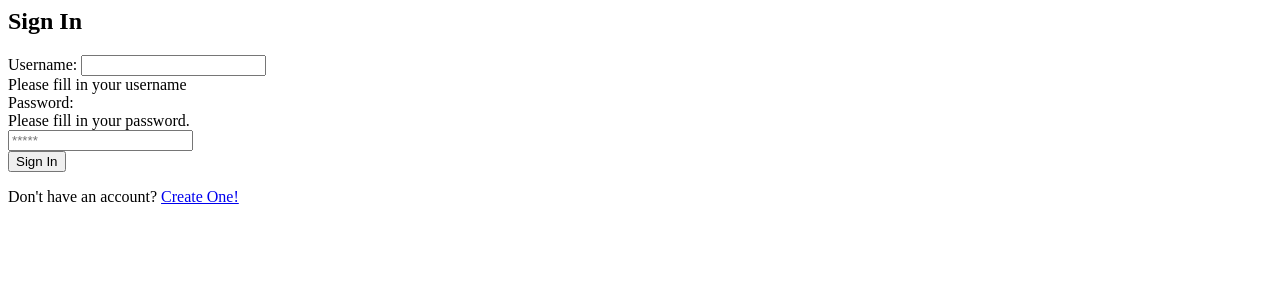
Repository: MikeMoore55/TheLibrary
Page: http://localhost/src/public/pages/sign-in.page.php
These files come from the project's save history. The page is drawn as it stood at one moment and after the next save; the edit follows.
The browser window is 1280 px wide. The pictures show the whole page.
The page is run by PHP 8.4 with error messages shown; the project is at /var/www/html/.

Above is the page before, as saved 2022-07-07 08:52:00.

After the next save:
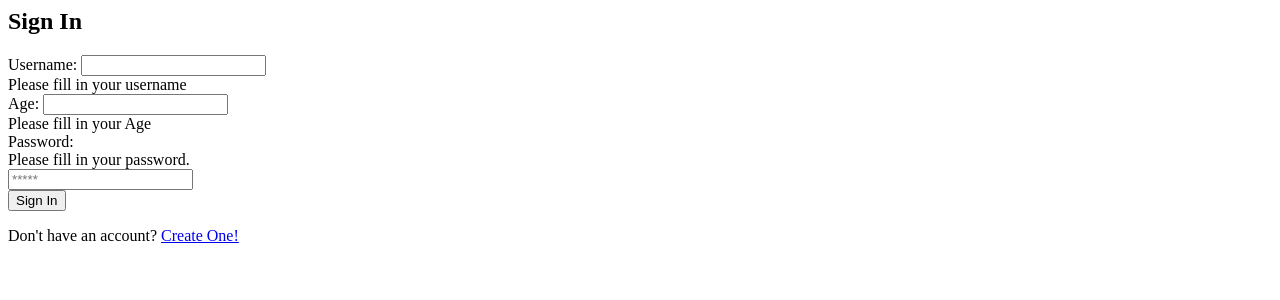
Saved 59 s later.
--- a/src/public/pages/sign-in.page.php
+++ b/src/public/pages/sign-in.page.php
@@ -9,6 +9,13 @@
         <input type="text" class="form-control" id="exampleFormControlInput1" name="username">
         <div class="invalid-feedback">
             Please fill in your username
+        </div>
+        <label for="exampleFormControlInput1" class="form-label">
+            Age:
+        </label>
+        <input type="age" class="form-control" id="exampleFormControlInput1" name="age">
+        <div class="invalid-feedback">
+            Please fill in your Age
         </div>
         <label for="exampleFormControlInput2" class="form-label">
             Password:

After the save that followed:
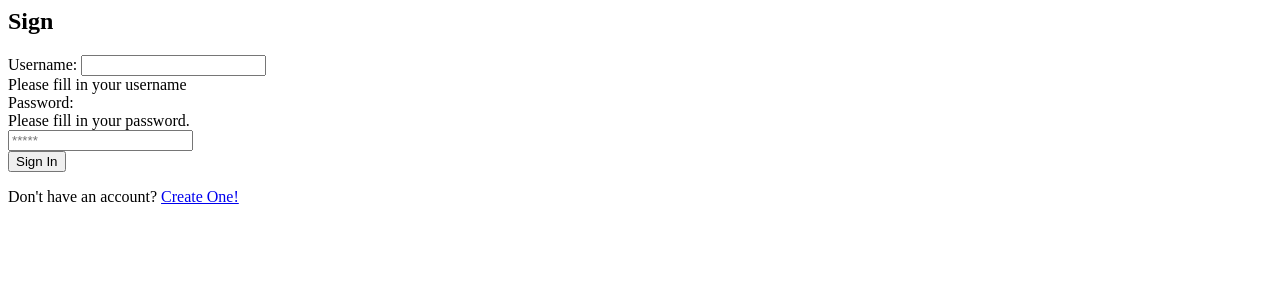
Saved 35 s later.
--- a/src/public/pages/sign-in.page.php
+++ b/src/public/pages/sign-in.page.php
@@ -2,20 +2,13 @@
 
 <main>
     <form class="sign-in-form form-control" action="home" method="POST">
-        <h2>Sign In</h2>
+        <h2>Sign </h2>
         <label for="exampleFormControlInput1" class="form-label">
             Username:
         </label>
         <input type="text" class="form-control" id="exampleFormControlInput1" name="username">
         <div class="invalid-feedback">
             Please fill in your username
-        </div>
-        <label for="exampleFormControlInput1" class="form-label">
-            Age:
-        </label>
-        <input type="age" class="form-control" id="exampleFormControlInput1" name="age">
-        <div class="invalid-feedback">
-            Please fill in your Age
         </div>
         <label for="exampleFormControlInput2" class="form-label">
             Password:
